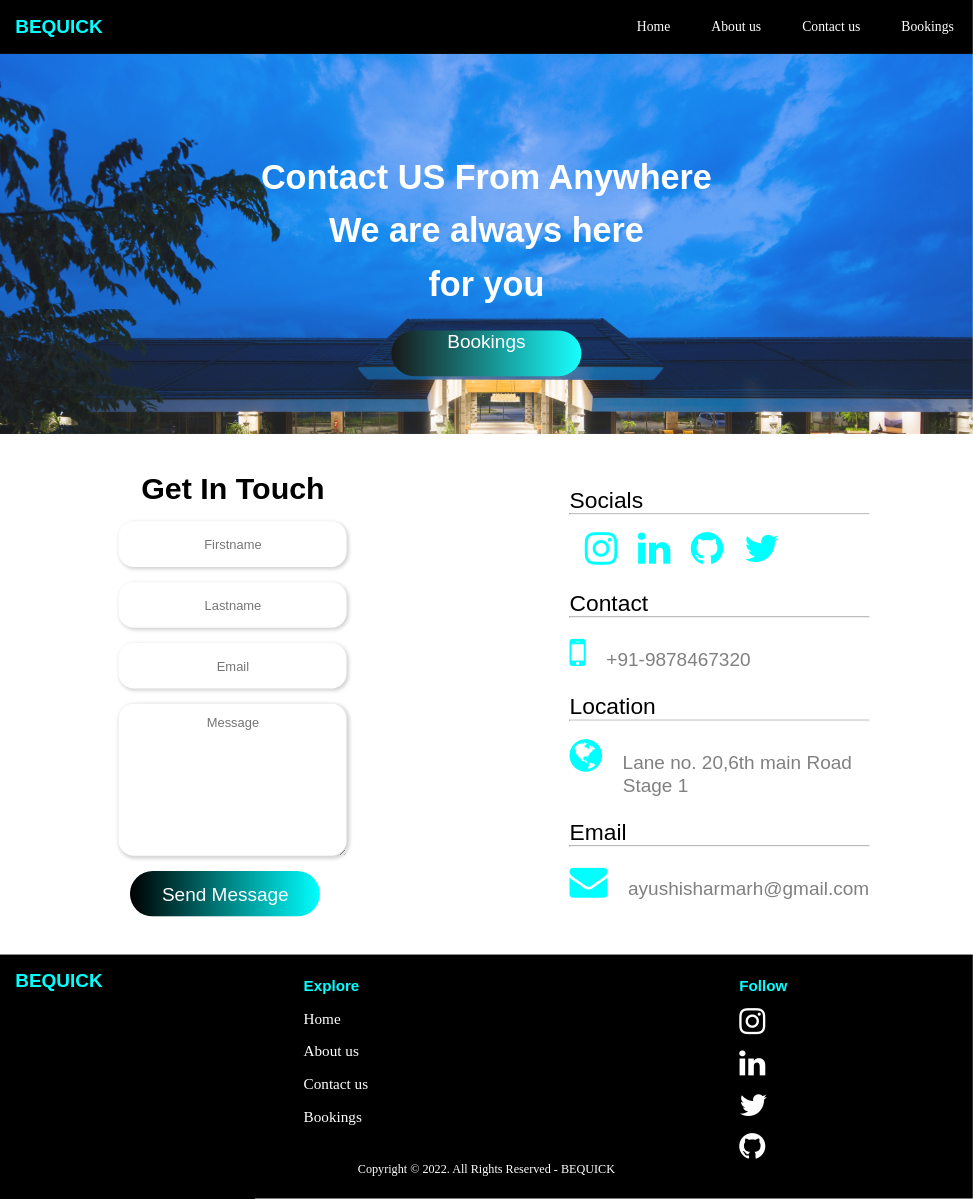
Repository: Ayushi6Sharma/BEQUICK_Hotel_Booking_Web
Page: html/contactus.html
The author's editor kept a copy of each file at every save. The page is drawn from the files as they stood at one save, then again after the next save.
The browser window is 1280 px wide. The pictures show the whole page, at 76% of full size.

Above is the page before, as saved 2022-05-12 13:40:00.

After the next save:
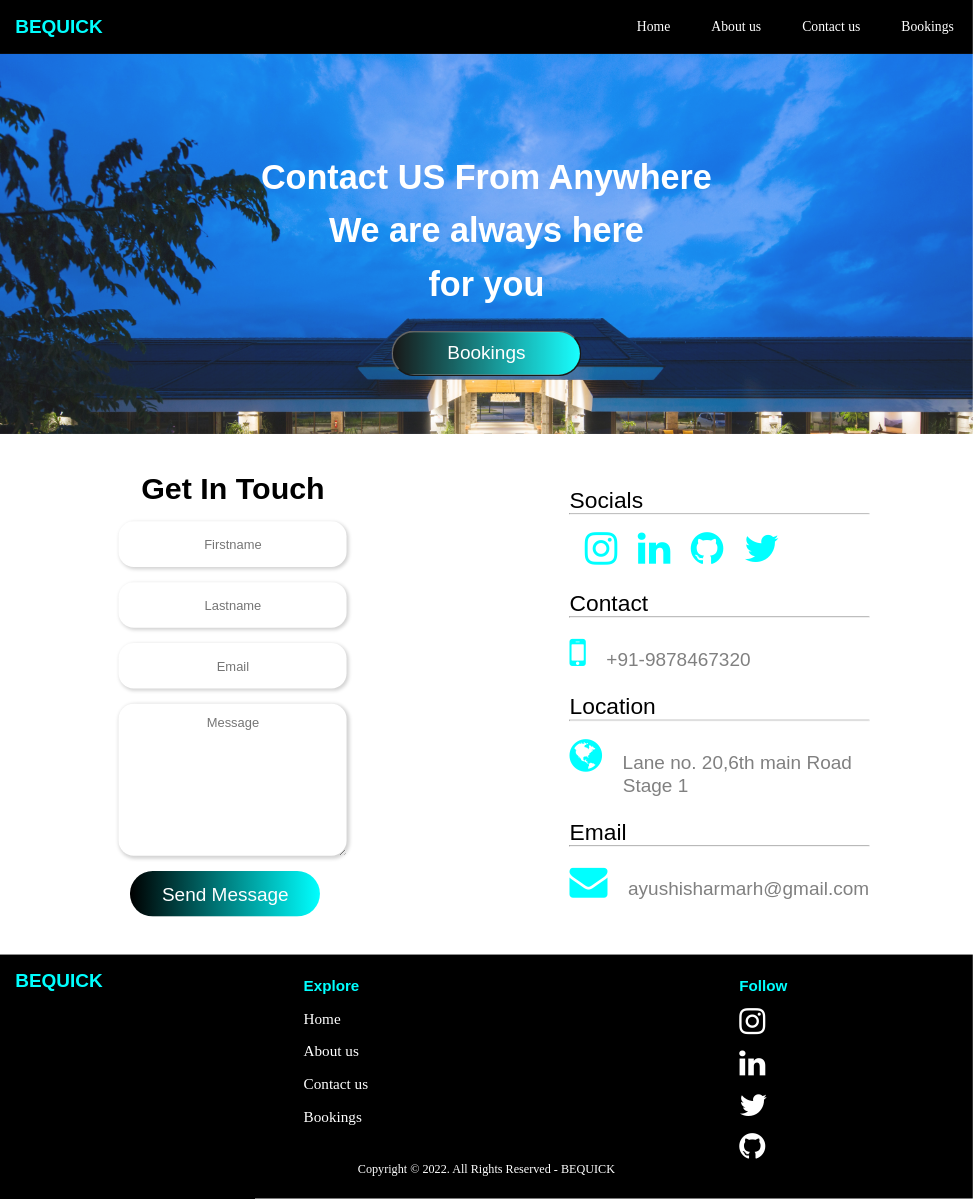
Saved 32 s later.
--- a/html/contactus.html
+++ b/html/contactus.html
@@ -29,7 +29,7 @@
                 <br> We are always here
                 <br>for you
             </div>
-            <div class="bookings-btn">Bookings</div>
+            <button type="button" onclick="location.href='booking.html'"class="bookings-btn">Bookings</button>
         </section>
 
         <!-- section 2 -->
